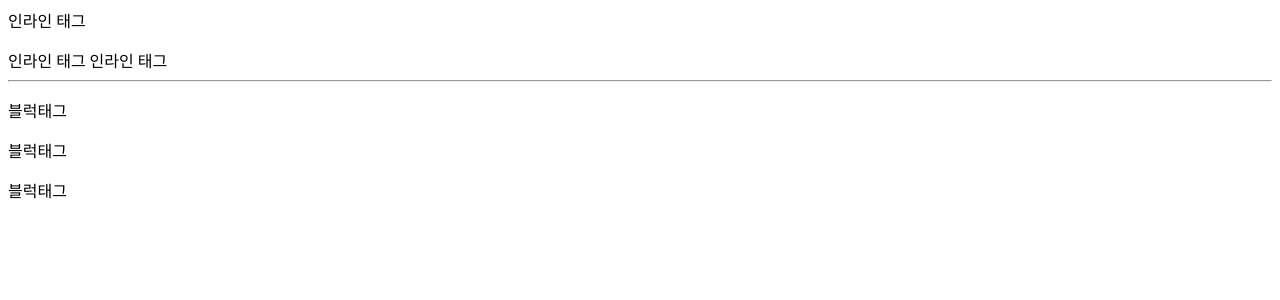
Repository: dnjs0/HCJ
Page: ClientTest/src/main/webapp/ex13_tag.html
These files come from the project's save history. The page is drawn as it stood at one moment and after the next save; the edit follows.
The browser window is 1280 px wide. The pictures show the whole page.

Above is the page before, as saved 2025-02-11 05:06:30.

After the next save:
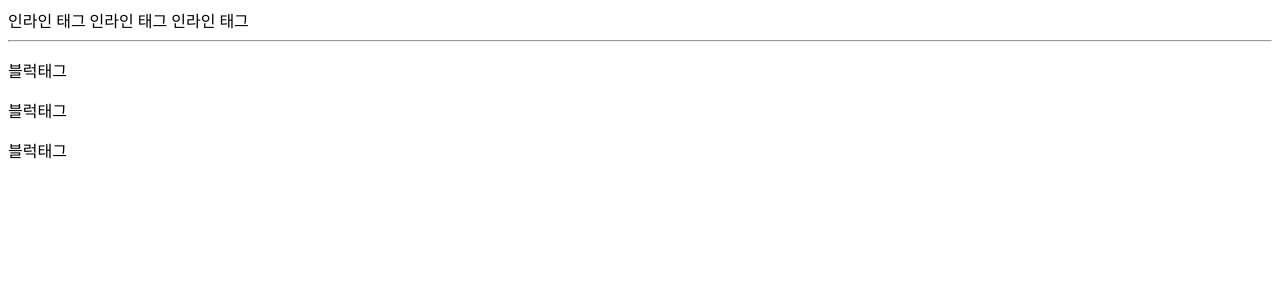
Saved 7 s later.
--- a/ClientTest/src/main/webapp/ex13_tag.html
+++ b/ClientTest/src/main/webapp/ex13_tag.html
@@ -20,7 +20,6 @@
      -->
 
      <font>인라인 태그</font>
-     <P></P>
      <font>인라인 태그</font>
      <font>인라인 태그</font>
      <hr>
